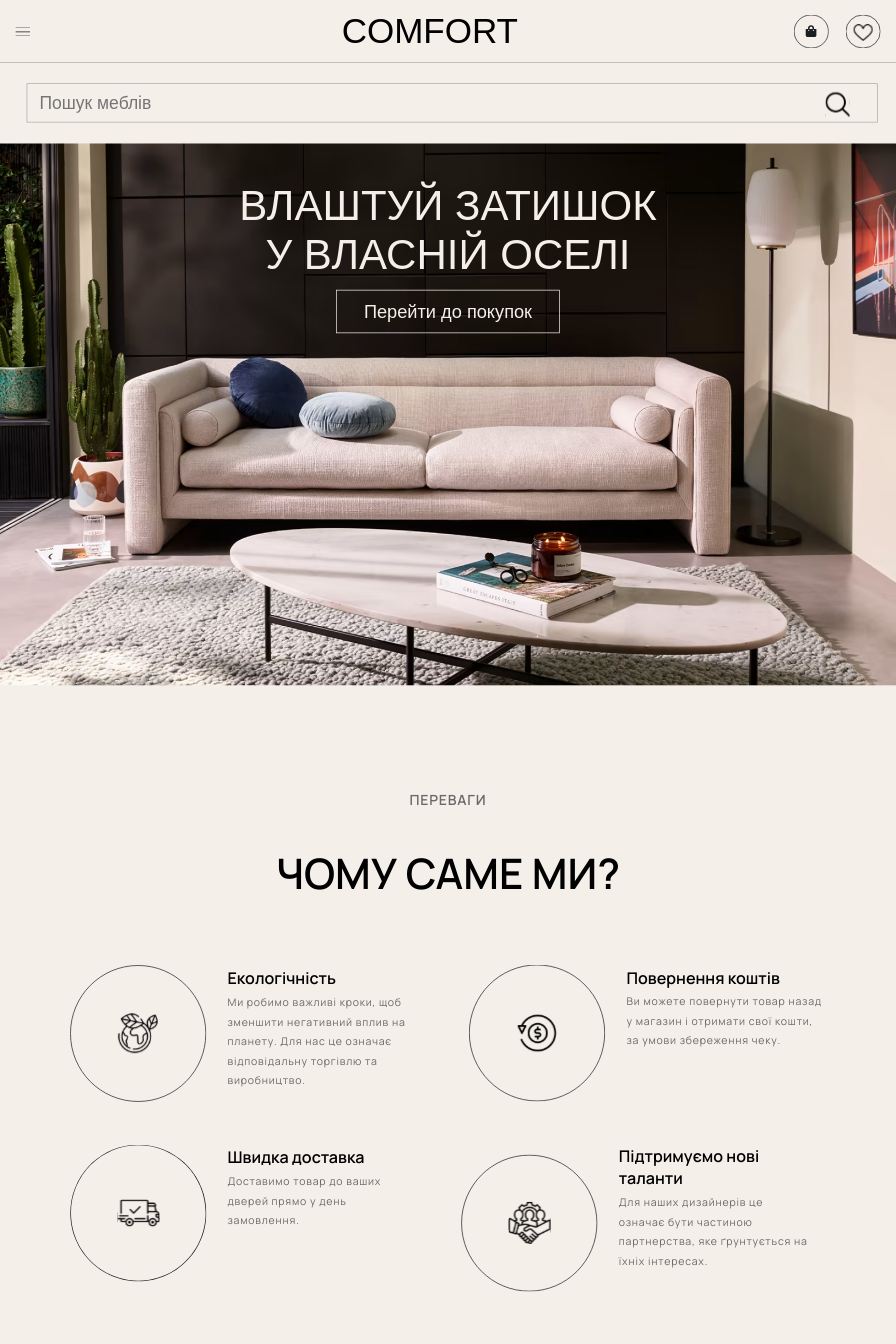
Repository: malykhinaIra/laravel
Page: http://localhost/Lend
An editor plug-in stored every save of this project. The page is shown before and after the next save, followed by the edit.
The browser window is 1280 px wide. The pictures show the part of the page from y = 0 to 1920 px (the page is 4109 px tall), at 70% of full size.
Some web fonts or font styles are not loaded; a fallback is used. The page is served by the project's Laravel application, run on PHP 8.4 with Laravel 9.

Above is the page before, as saved 2022-05-09 23:35:29.

After the next save:
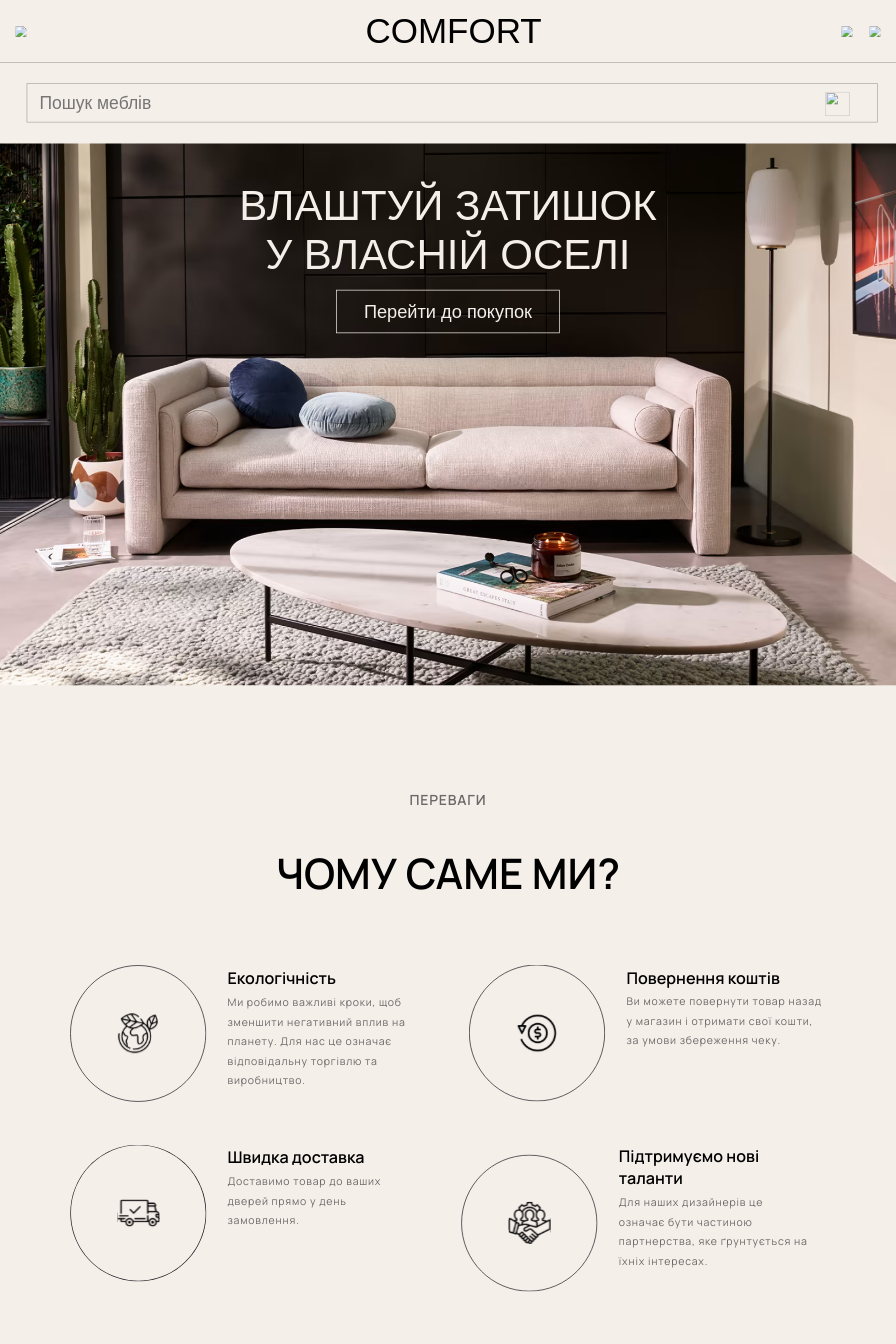
Saved 87 s later.
--- a/blog/resources/views/layouts/header.blade.php
+++ b/blog/resources/views/layouts/header.blade.php
@@ -4,15 +4,15 @@
             <div class="nav-toggle">
                 <div class="container">
                     <a href="/Info" width="10%" onclick>
-                        <img src="img/Group 65.svg" class="menu">
+                        <img src="..img/Group 65.svg" class="menu">
                     </a>
                     <div class="logo"><a href="index.html">COMFORT</a></div>
                     <div class="row">
                         <div class="col">
-                            <a href="#" style="margin-right: 2.5%;"><img src="img/Group 56.svg"></a>
+                            <a href="#" style="margin-right: 2.5%;"><img src="..img/Group 56.svg"></a>
                         </div>
                         <div class="col">
-                            <a href="#"><img src="img/Group 55.svg"></a>
+                            <a href="#"><img src="..img/Group 55.svg"></a>
                         </div>
                     </div>
                 </div>
@@ -20,7 +20,7 @@
             <hr>
             <div class="border-1">
                 <input type="text" size="19" placeholder="Пошук меблів">
-                <a href="#" class="search-1"><img src="img/image 22 (1).svg"></a>
+                <a href="#" class="search-1"><img src="..img/image 22 (1).svg"></a>
             </div>
         </div>
 
@@ -32,16 +32,16 @@
             <a href="/Catalog">Каталог</a>
             <div class="border">
                 <input type="text" size="19" placeholder="Пошук меблів" style="margin-bottom: 6px;">
-                <a href="#" class="search"><img src="../img/image 22 (1).svg"></a>
+                <a href="#" class="search"><img src="../..img/image 22 (1).svg"></a>
             </div>
             <div class="shops">
-                <a href="#" style="margin-right: 5px;"><img src="img/image 57.svg"></a>
+                <a href="#" style="margin-right: 5px;"><img src="..img/image 57.svg"></a>
                 <a href="#">Магазини</a>
             </div>
             <div class="icons">
-                <a href="#"><img src="img/Group 55.svg"></a>
-                <a href="#"><img src="img/Group 56.svg"></a>
-                <a href="#"><img src="img/user.svg"></a>
+                <a href="#"><img src="../..img/Group 55.svg"></a>
+                <a href="#"><img src="....img/Group 56.svg"></a>
+                <a href="#"><img src="....img/user.svg"></a>
             </div>
         </section>
     </header>
@@ -58,10 +58,10 @@
                     <form method="post" action="/check" style="width:800px; margin: 0; display: flex; align-items: center;">
                     @csrf
                         <div style="display: flex; align-items: center;">
-                            <img src="img/Shape.svg" class="message">
+                            <img src="..img/Shape.svg" class="message">
                             <input style="width:500px; outline: none; border: none; font-size: 25px;" type="text" name="mail" placeholder="Введіть e-mail">
                         </div>
-                        <button type="submit" style="background: none; border: 0; padding:0;"><img src="img//Group 61.svg" class="sub-btn"></button>
+                        <button type="submit" style="background: none; border: 0; padding:0;"><img src="..img//Group 61.svg" class="sub-btn"></button>
                     </form>
                 </div>
                 @if($errors->any())

After the 2 saves that followed:
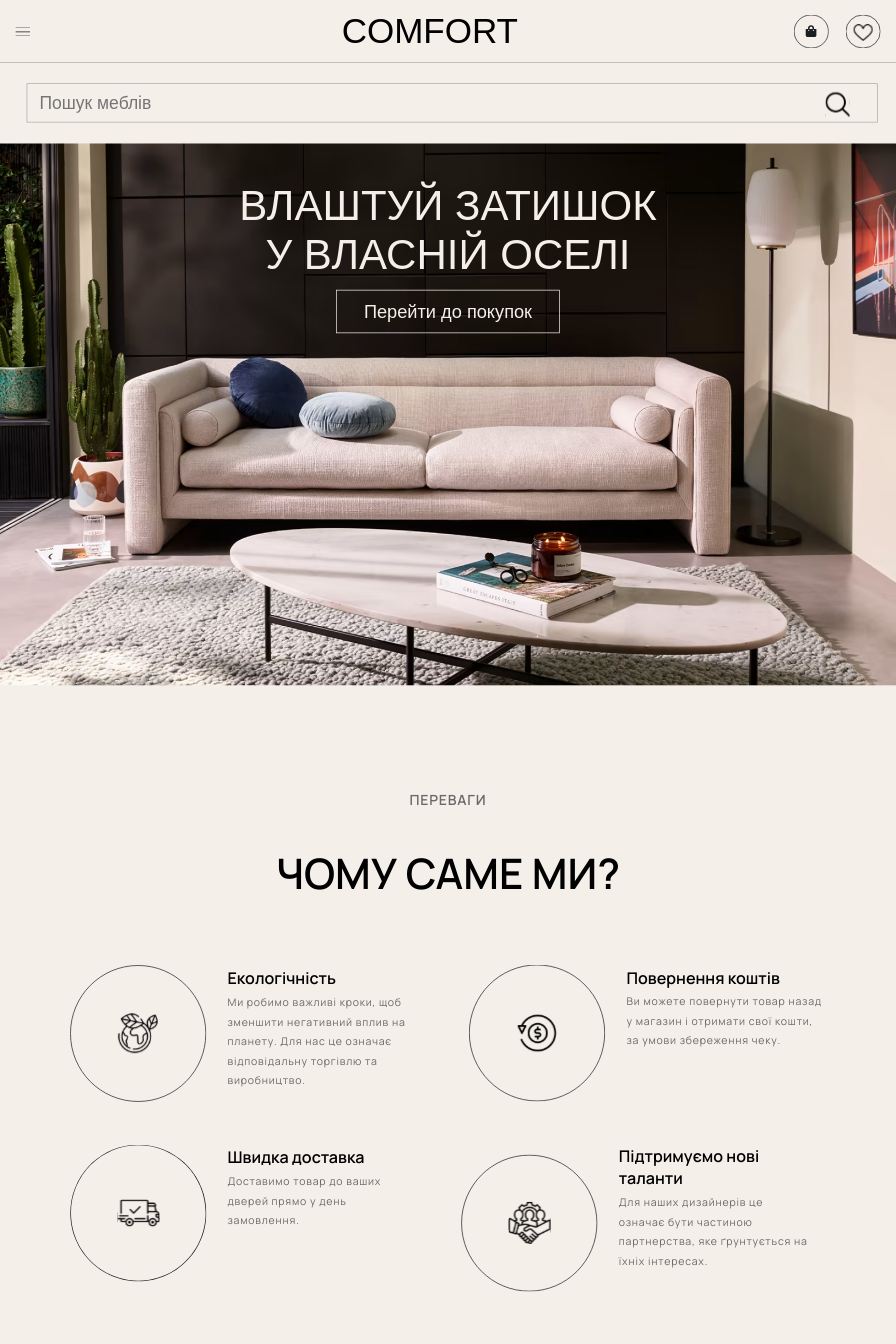
The 2 saves are shown as one change because 1 left the picture as it was.
The last was saved 68 s later.
--- a/blog/resources/views/layouts/header.blade.php
+++ b/blog/resources/views/layouts/header.blade.php
@@ -4,15 +4,15 @@
             <div class="nav-toggle">
                 <div class="container">
                     <a href="/Info" width="10%" onclick>
-                        <img src="..img/Group 65.svg" class="menu">
+                        <img src="../img/Group 65.svg" class="menu">
                     </a>
                     <div class="logo"><a href="index.html">COMFORT</a></div>
                     <div class="row">
                         <div class="col">
-                            <a href="#" style="margin-right: 2.5%;"><img src="..img/Group 56.svg"></a>
+                            <a href="#" style="margin-right: 2.5%;"><img src="../img/Group 56.svg"></a>
                         </div>
                         <div class="col">
-                            <a href="#"><img src="..img/Group 55.svg"></a>
+                            <a href="#"><img src="../img/Group 55.svg"></a>
                         </div>
                     </div>
                 </div>
@@ -20,7 +20,7 @@
             <hr>
             <div class="border-1">
                 <input type="text" size="19" placeholder="Пошук меблів">
-                <a href="#" class="search-1"><img src="..img/image 22 (1).svg"></a>
+                <a href="#" class="search-1"><img src="../img/image 22 (1).svg"></a>
             </div>
         </div>
 
@@ -32,16 +32,16 @@
             <a href="/Catalog">Каталог</a>
             <div class="border">
                 <input type="text" size="19" placeholder="Пошук меблів" style="margin-bottom: 6px;">
-                <a href="#" class="search"><img src="../..img/image 22 (1).svg"></a>
+                <a href="#" class="search"><img src="../img/image 22 (1).svg"></a>
             </div>
             <div class="shops">
-                <a href="#" style="margin-right: 5px;"><img src="..img/image 57.svg"></a>
+                <a href="#" style="margin-right: 5px;"><img src="../img/image 57.svg"></a>
                 <a href="#">Магазини</a>
             </div>
             <div class="icons">
-                <a href="#"><img src="../..img/Group 55.svg"></a>
-                <a href="#"><img src="....img/Group 56.svg"></a>
-                <a href="#"><img src="....img/user.svg"></a>
+                <a href="#"><img src="../img/Group 55.svg"></a>
+                <a href="#"><img src="../img/Group 56.svg"></a>
+                <a href="#"><img src="../img/user.svg"></a>
             </div>
         </section>
     </header>
@@ -58,10 +58,10 @@
                     <form method="post" action="/check" style="width:800px; margin: 0; display: flex; align-items: center;">
                     @csrf
                         <div style="display: flex; align-items: center;">
-                            <img src="..img/Shape.svg" class="message">
+                            <img src="../img/Shape.svg" class="message">
                             <input style="width:500px; outline: none; border: none; font-size: 25px;" type="text" name="mail" placeholder="Введіть e-mail">
                         </div>
-                        <button type="submit" style="background: none; border: 0; padding:0;"><img src="..img//Group 61.svg" class="sub-btn"></button>
+                        <button type="submit" style="background: none; border: 0; padding:0;"><img src="../img//Group 61.svg" class="sub-btn"></button>
                     </form>
                 </div>
                 @if($errors->any())
